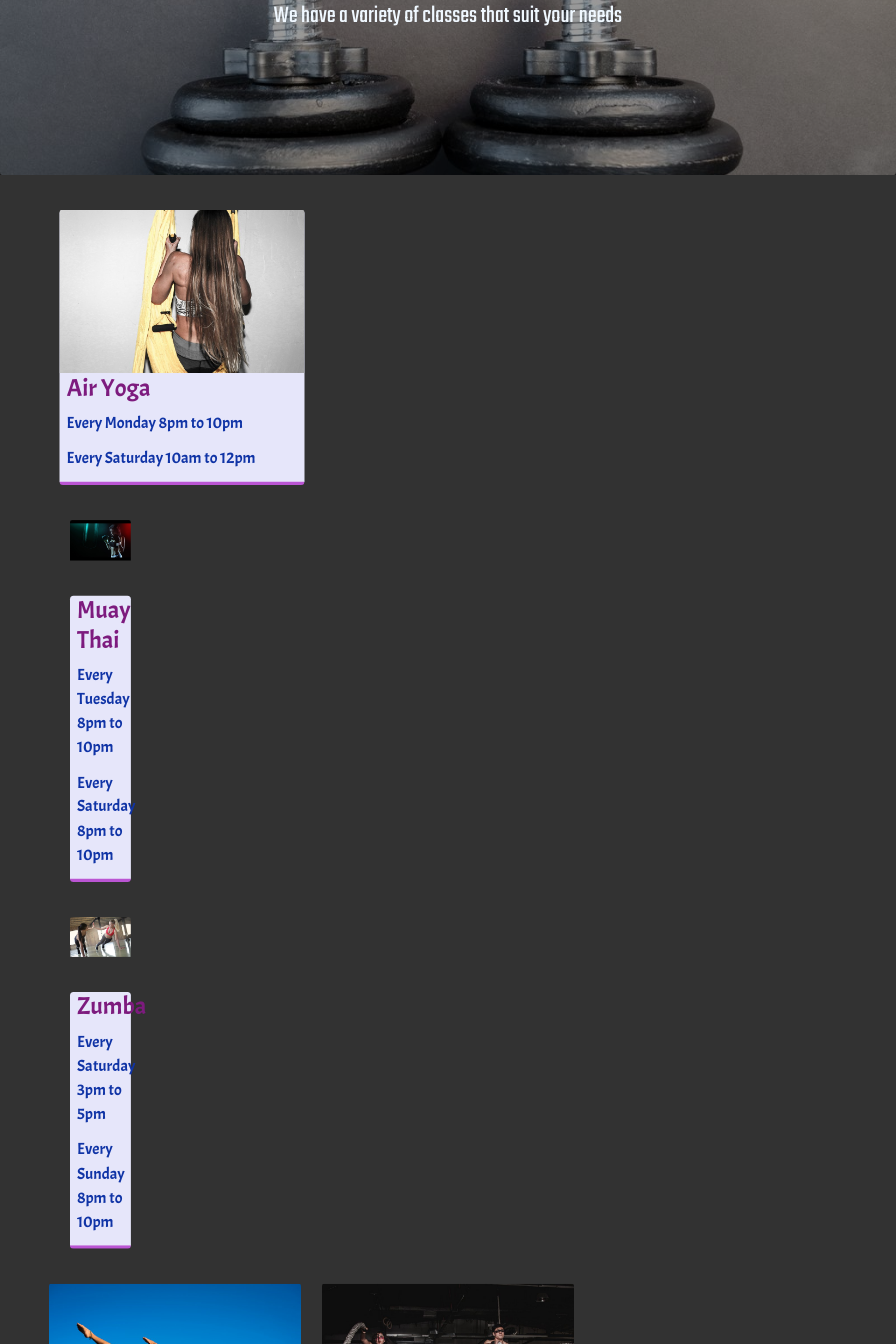
Repository: Code-Institute-Submissions/Project-One-6
Page: classes.html
The author's editor kept a record of every edit. The page is drawn from the files as they stood at one moment, then again after the next edit.
The browser window is 1280 px wide. The pictures show the part of the page from y = 460 to 2380 px (the page is 2949 px tall before and 1851 px after), at 70% of full size.

Above is the page before.

After the next edit:
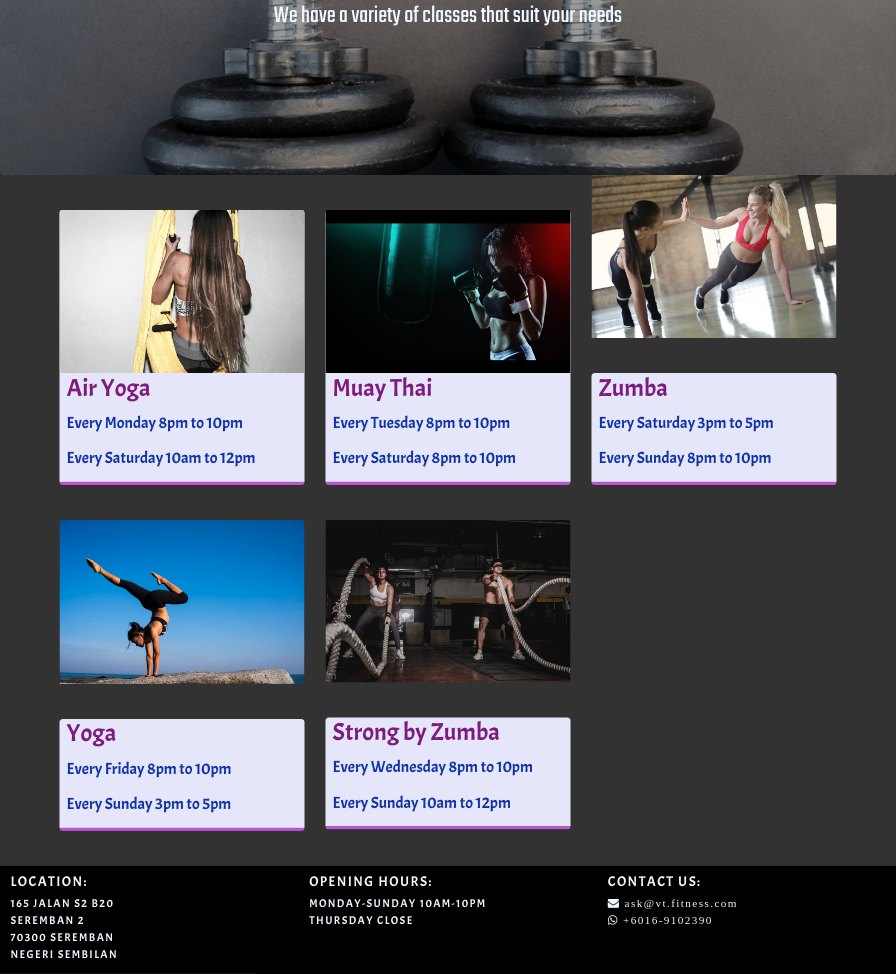
The edit:
--- a/classes.html
+++ b/classes.html
@@ -38,51 +38,53 @@
     </section>
     <section>
         <div class="container">
-        <div class="row">
-            <div class="col-sm-12 col-md-4">
-                <div class="card-body-class">
-                <img src="images/air yoga.jpg" class="card-img-top">
-                <div>
-                    <h4 class="card-title">Air Yoga</h4>
-                    <p class="text">Every Monday 8pm to 10pm</p>
-                    <p class="text">Every Saturday 10am to 12pm</p>
+            <div class="row">
+                <div class="col-sm-12 col-md-4">
+                    <div class="card-body-class">
+                        <img src="images/air yoga.jpg" class="card-img-top">
+                        <div>
+                            <h4 class="card-title">Air Yoga</h4>
+                            <p class="text">Every Monday 8pm to 10pm</p>
+                            <p class="text">Every Saturday 10am to 12pm</p>
+                        </div>
+                    </div>
+                </div>
+                <div class="col-sm-12 col-md-4">
+                    <div class="card-body-class">
+                    <img src="images/muay thai.jpg" class="card-img-top">
+
+                        <h4 class="card-title">Muay Thai</h4>
+                        <p class="text">Every Tuesday 8pm to 10pm</p>
+                        <p class="text">Every Saturday 8pm to 10pm</p>
+                    </div>
+                </div>
+                <div class="col-sm-12 col-md-4">
+                    <img src="images/zumba.jpg" class="card-img-top">
+                    <div class="card-body-class">
+                        <h4 class="card-title">Zumba</h4>
+                        <p class="text">Every Saturday 3pm to 5pm</p>
+                        <p class="text">Every Sunday 8pm to 10pm</p>
+                    </div>
                 </div>
             </div>
-            <div class="col-sm-12 col-md-4">
-                <img src="images/muay thai.jpg" class="card-img-top">
-                <div class="card-body-class">
-                    <h4 class="card-title">Muay Thai</h4>
-                    <p class="text">Every Tuesday 8pm to 10pm</p>
-                    <p class="text">Every Saturday 8pm to 10pm</p>
+            <div class="row">
+                <div class="col-sm-12 col-md-4">
+                    <img src="images/yoga.jpg" class="card-img-top">
+                    <div class="card-body-class">
+                        <h4 class="card-title">Yoga</h4>
+                        <p class="text">Every Friday 8pm to 10pm</p>
+                        <p class="text">Every Sunday 3pm to 5pm</p>
+                    </div>
+                </div>
+                <div class="col-sm-12 col-md-4">
+                    <img src="images/strong by zumba.jpg" class="card-img-top">
+                    <div class="card-body-class">
+                        <h4 class="card-title">Strong by Zumba</h4>
+                        <p class="text">Every Wednesday 8pm to 10pm</p>
+                        <p class="text">Every Sunday 10am to 12pm</p>
+                    </div>
                 </div>
             </div>
-            <div class="col-sm-12 col-md-4">
-                <img src="images/zumba.jpg" class="card-img-top">
-                <div class="card-body-class">
-                    <h4 class="card-title">Zumba</h4>
-                    <p class="text">Every Saturday 3pm to 5pm</p>
-                    <p class="text">Every Sunday 8pm to 10pm</p>
-                </div>
-            </div>
-        </div>
-        <div class="row">
-            <div class="col-sm-12 col-md-4">
-                <img src="images/yoga.jpg" class="card-img-top">
-                <div class="card-body-class">
-                    <h4 class="card-title">Yoga</h4>
-                    <p class="text">Every Friday 8pm to 10pm</p>
-                    <p class="text">Every Sunday 3pm to 5pm</p>
-                </div>
-            </div>
-            <div class="col-sm-12 col-md-4">
-                <img src="images/strong by zumba.jpg" class="card-img-top">
-                <div class="card-body-class">
-                    <h4 class="card-title">Strong by Zumba</h4>
-                    <p class="text">Every Wednesday 8pm to 10pm</p>
-                    <p class="text">Every Sunday 10am to 12pm</p>
-                </div>
-            </div>
-        </div>
     </section>
     <footer class="container-fluid">
         <div class="row">
